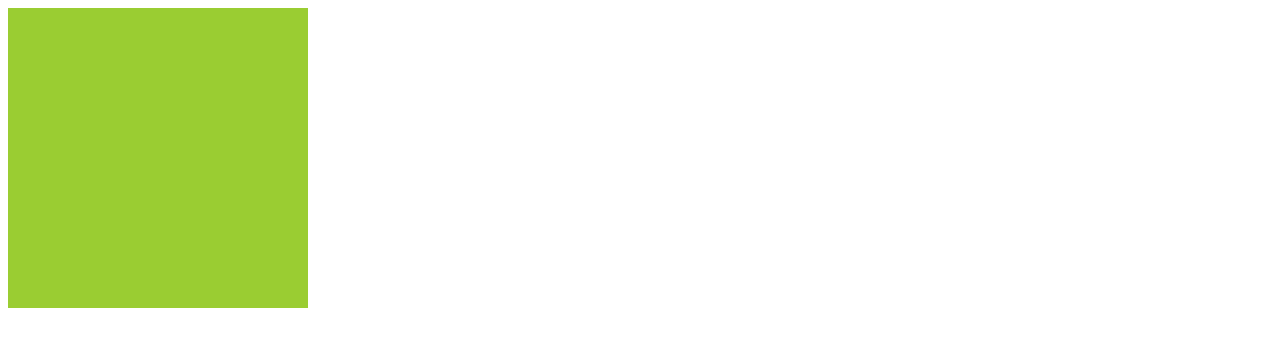
Repository: w441813542/webrecord
Page: 89事件的传播.html
These files come from the project's save history. The page is drawn as it stood at one moment and after the next save; the edit follows.
The browser window is 1280 px wide. The pictures show the whole page.

Above is the page before, as saved 2021-03-27 16:28:57.

After the next save:
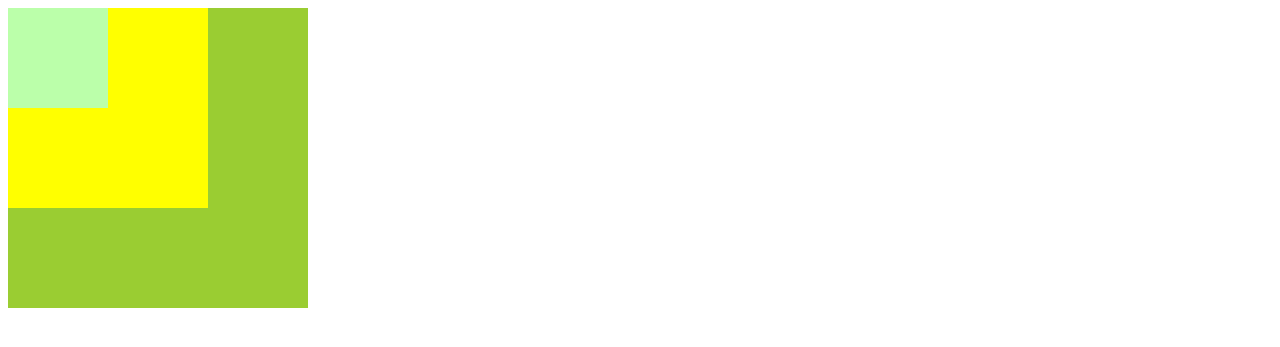
Saved 16 s later.
--- a/89事件的传播.html
+++ b/89事件的传播.html
@@ -17,9 +17,9 @@
             background-color: yellow;
         }
         #box3{
-            width: 300px;
-            height: 300px;
-            background-color: yellowgreen;
+            width: 100px;
+            height: 100px;
+            background-color: #bfa;
         }
     </style>
 </head>
